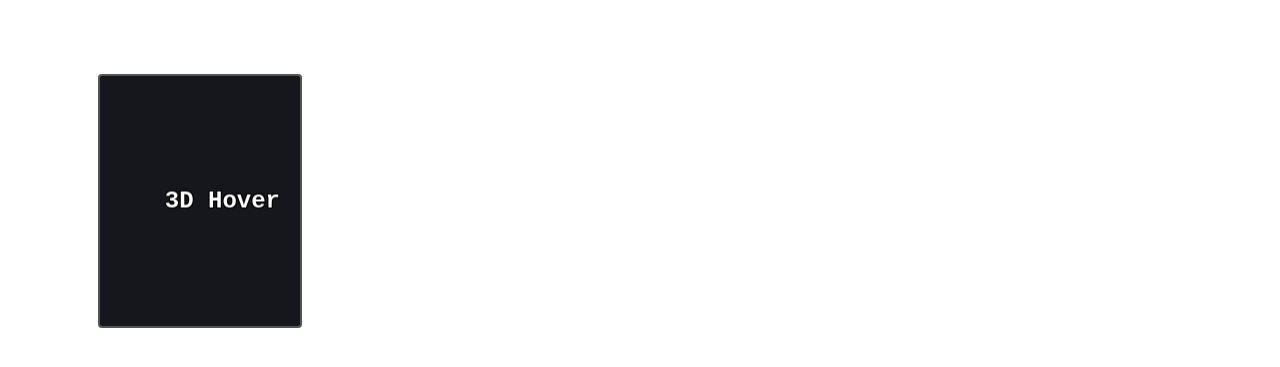
Repository: inzamamahmad3/30-Days-Of-CSS
Page: Day-2/index.html
These files come from the project's save history. The page is drawn as it stood at one moment and after the next save; the edit follows.
The browser window is 1280 px wide. The pictures show the whole page.

Above is the page before, as saved 2023-01-04 13:54:14.

### Day-2/index.html
<!DOCTYPE html>
<html lang="en">
  <head>
    <meta charset="UTF-8" />
    <meta http-equiv="X-UA-Compatible" content="IE=edge" />
    <meta name="viewport" content="width=device-width, initial-scale=1.0" />
    <link rel="stylesheet" href="styles.css" />
    <title>Document</title>
  </head>
  <body>
    <div class="cards">
      <figure class="card">
        <figcaption class="card_title">3D Hover</figcaption>
      </figure>
    </div>
  </body>
</html>

### Day-2/styles.css
body {
  padding: 50px;
}

.cards {
  perspective: 700px;
}

.card {
  width: 200px;
  height: 250px;
  background: #16161d;
  border: 2px solid #555555;
  border-radius: 4px;
  position: relative;
  transform-style: preserve-3d;
  will-change: transform;
  transition: transform 0.5s;
}

.card:hover {
  transform: translateZ(10px) rotateX(20deg) rotateY(20deg);
}

.card_title {
  color: #fff;
  position: absolute;
  top: 50%;
  right: 20px;
  transform: translateY(-50%);
  transition: transform 0.5s;
  font: 700 1.5rem monospace;
  text-shadow: -1px -1px 0 #000, 1px -1px 0 #000, -1px 1px 0 #000,
    1px 1px 0 #000;
}

.card:hover .card_title {
  transform: translateZ(50px);
}

After the next save:
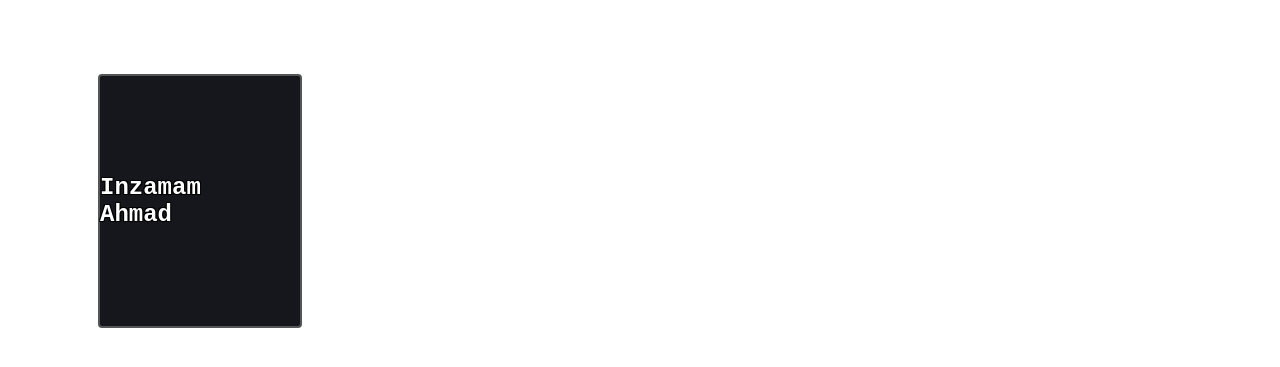
Saved 48 s later.
--- a/Day-2/index.html
+++ b/Day-2/index.html
@@ -10,7 +10,7 @@
   <body>
     <div class="cards">
       <figure class="card">
-        <figcaption class="card_title">3D Hover</figcaption>
+        <figcaption class="card_title">Inzamam Ahmad</figcaption>
       </figure>
     </div>
   </body>
